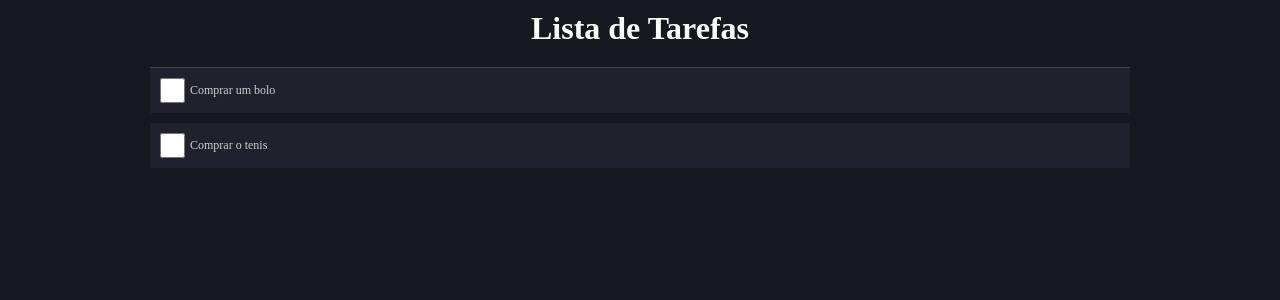
Repository: Wink07/lista-tarefas
Page: /
These files come from the project's save history. The page is drawn as it stood at one moment and after the next save; the edit follows.
The browser window is 1280 px wide. The pictures show the whole page.
The project was rebuilt for these pictures with package versions that can differ from the ones it lists, and the page was loaded fresh each time. Also part of the build but not shown: vite.config.ts.

Above is the page before, as saved 2022-05-10 18:29:08.

After the next save:
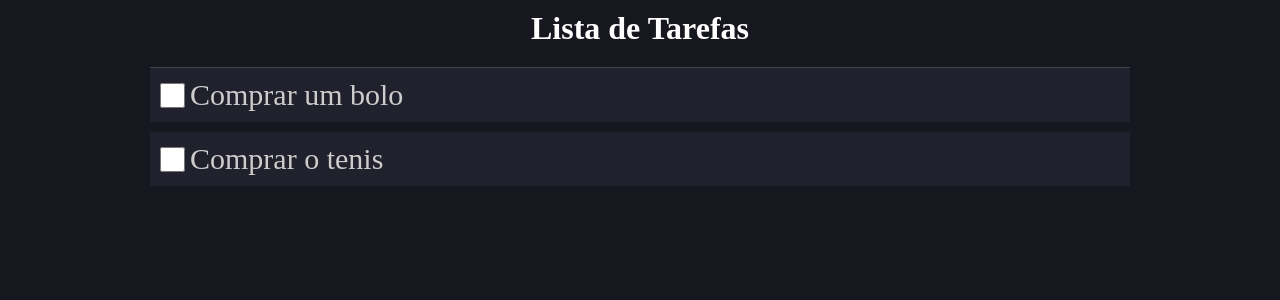
Saved 7 s later.
--- a/src/components/ListItem/styles.ts
+++ b/src/components/ListItem/styles.ts
@@ -17,6 +17,6 @@
 
     label {
         color: #CCC;
-        font-size: 12px;
+        font-size: 30px;
     }
 `;

After the save that followed:
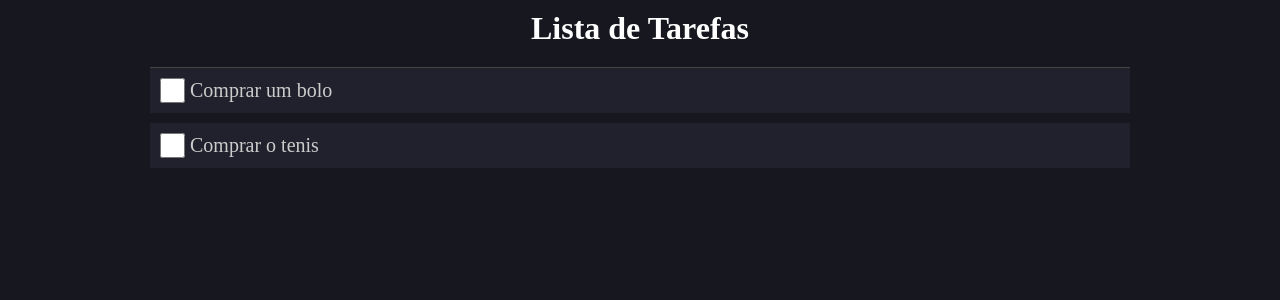
Saved 8 s later.
--- a/src/components/ListItem/styles.ts
+++ b/src/components/ListItem/styles.ts
@@ -17,6 +17,6 @@
 
     label {
         color: #CCC;
-        font-size: 30px;
+        font-size: 20px;
     }
 `;
